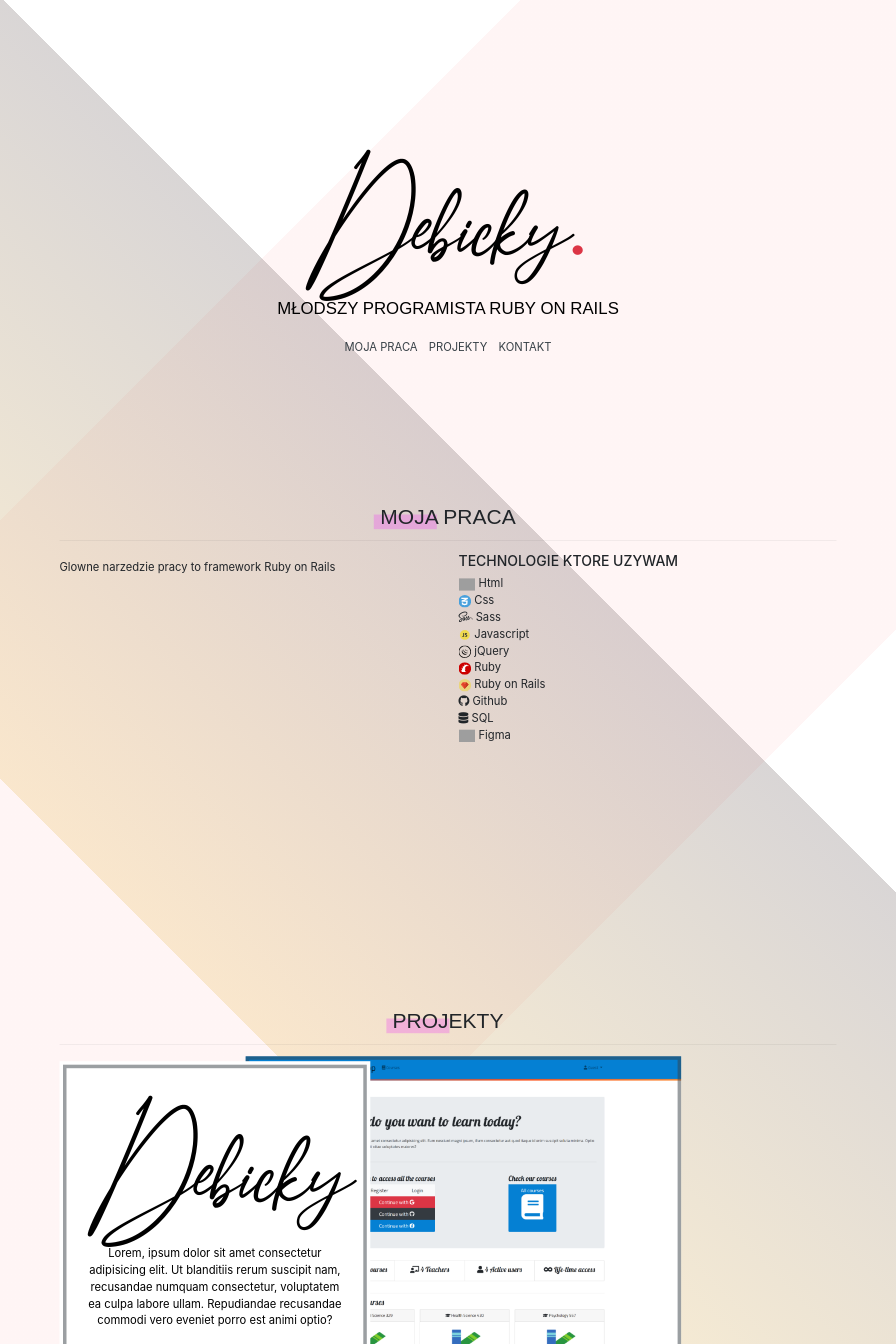
Repository: debicky/debicky.github.io
Page: index.html
These files come from the project's save history. The page is drawn as it stood at one moment and after the next save; the edit follows.
The browser window is 1280 px wide. The pictures show the part of the page from y = 0 to 1920 px (the page is 4035 px tall), at 70% of full size.
Pictures or frames that could not be fetched are drawn as grey boxes. Some web fonts or font styles are not loaded; a fallback is used. Some web libraries are served in a nearby version.

Above is the page before, as saved 2020-06-14 17:40:17.

### index.html
<!DOCTYPE html>
<html lang="en">
<head>
  <meta charset="UTF-8">
  <meta name="viewport" content="width=device-width, initial-scale=1.0">
  <title>Debicky</title>
  <link rel="stylesheet" href="https://stackpath.bootstrapcdn.com/bootstrap/4.5.0/css/bootstrap.min.css" integrity="sha384-9aIt2nRpC12Uk9gS9baDl411NQApFmC26EwAOH8WgZl5MYYxFfc+NcPb1dKGj7Sk" crossorigin="anonymous">
  <link rel="stylesheet" href="https://cdnjs.cloudflare.com/ajax/libs/font-awesome/5.11.2/css/all.min.css">
  <link rel="stylesheet" href="styles.css">
  <link rel="stylesheet" href="https://unpkg.com/aos@next/dist/aos.css" />

</head>
<body>


  <header>
    <div class="signature" data-aos="fade-in" data-aos-duration="2000">
      <h5 class="signature-heading ">Debicky<span class="text-danger font-weight-bolder">.</span></h5>
      <h3 class="signature-subheading">Młodszy Programista Ruby on Rails</h3>
    </div>

    <div class="container">
      <nav class="navbar navbar-expand-md p-0 rounded" data-aos="fade-in" data-aos-duration="3000">
        <button class="navbar-toggler" type="button" data-toggle="collapse" data-target="#navbarSupportedContent" aria-controls="navbarSupportedContent" aria-expanded="false" aria-label="Toggle navigation">
          <i class="fas fa-bars"></i>
          <i class="fas fa-times"></i>
        </button>

        <div class="collapse navbar-collapse d-md-flex justify-content-center" id="navbarSupportedContent">
          <ul class="navbar-nav">
            <li class="nav-item">
              <a class="nav-link" href="#about">moja praca</a>
            </li>
            <li class="nav-item">
              <a class="nav-link" href="#projects">Projekty</a>
            </li>
            <li class="nav-item">
              <a class="nav-link" href="#contact">Kontakt</a>
            </li>
          </ul>
        </div>
      </nav>
    </div>
  </header>

  <section class="about" id="about">
    <div class="container">
      <h1 class="text-center">moja praca</h1>
      <hr>

      <div class="row">
        <div class="col-12 col-md-6 col-lg-6 mb-5 mb-md-0">
          <h5>

          </h5>
            Glowne narzedzie pracy to framework Ruby on Rails
        </div>
        <div class="col-12 col-md-6 col-lg-6 mb-5 mb-md-0">
          <h5 class="text-uppercase">Technologie ktore uzywam</h5>
            <ul class="list-unstyled">
              <li>
                <img src="/images/icons/html.svg" alt=""> Html
              </li>
              <li>
                <img src="/images/icons/css.svg" alt=""> Css
              </li>
              <li>
                <i class="fab fa-sass"></i> Sass
              </li>
              <li>
                <img src="/images/icons/js.svg" alt=""> Javascript
              </li>
              <li>
                <img src="/images/icons/jquery.svg" alt=""> jQuery
              </li>
              <li>
                <img src="/images/icons/ror.svg" alt=""> Ruby
              </li>
              <li>
                <img src="/images/icons/ruby.svg" alt=""> Ruby on Rails
              </li>
              <li>
                <i class="fab fa-github"></i> Github
              </li>
              <li>
                <i class="fas fa-database"></i> SQL
              </li>
              <li>
                <img src="/images/icons/figma.svg" alt=""> Figma
              </li>

            </ul>
        </div>
        </div>
      </div>

    </div>
  </section>




  <section class="projects" id="projects">
    <div class="container">
      <h1 class="text-center">Projekty</h1>
      <hr>

      <div class="project-1">
        <div class="about-content">
          <div class="about-description">
            <div class="signature">
              <h5 class="signature-heading">Debicky</h5>
              <p>Lorem, ipsum dolor sit amet consectetur adipisicing elit. Ut blanditiis rerum suscipit nam, recusandae numquam consectetur, voluptatem ea culpa labore ullam. Repudiandae recusandae commodi vero eveniet porro est animi optio?</p>
            </div>
          </div>
          <div class="about-image">
            <a href="/images/1.jpeg">
              <img src="/images/course.png" alt="img1">
            </a>
          </div>
        </div>
      </div>
      <div class="project-1">
        <div class="about-content">
          <div class="about-description">
            <div class="signature">
              <h5 class="signature-heading">Debicky</h5>
              <p>Lorem, ipsum dolor sit amet consectetur adipisicing elit. Ut blanditiis rerum suscipit nam, recusandae numquam consectetur, voluptatem ea culpa labore ullam. Repudiandae recusandae commodi vero eveniet porro est animi optio?</p>
            </div>
          </div>
          <div class="about-image">
            <a href="/images/1.jpeg">
              <img src="/images/blog.png" alt="img1">
            </a>
          </div>
        </div>
      </div>
      <div class="project-1">
        <div class="about-content">
          <div class="about-description">
            <div class="signature">
              <h5 class="signature-heading">Debicky</h5>
              <p>Lorem, ipsum dolor sit amet consectetur adipisicing elit. Ut blanditiis rerum suscipit nam, recusandae numquam consectetur, voluptatem ea culpa labore ullam. Repudiandae recusandae commodi vero eveniet porro est animi optio?</p>
            </div>
          </div>
          <div class="about-image">
            <a href="/images/1.jpeg">
              <img src="/images/shop.png" alt="img1">
            </a>
          </div>
        </div>
      </div>

    </div>
  </section>

  <section class="contact" id="contact">
    <div class="container">
      <h1 class="text-center">Kontakt</h1>
      <hr>

      <div class="row">
        <div class="col-12 col-md-6 col-lg-6 mb-5 mb-md-0">
          <div class="jumbotron">
            Potrzebujesz wiecej informacji?
            Wyslij mi wiadomosc e-mail lub skontaktuj sie przez Messenger!
          </div>
        </div>
        <div class="col-12 col-md-6 col-lg-6 mb-5 mb-md-0">
          <div class="jumbotron">SECOND</div>
        </div>
      </div>
    </div>
  </section>


  <footer class="py-5">
    <div class="up" id="up">
      <i class="fas fa-chevron-up"></i>
    </div>
    <div class="container">
      <div class="row">
        <div class="col-12 col-md-5 col-lg-4 mb-5 mb-md-0">
          <div class="signature-footer">
            <h5 class="signature-footer-heading">Debicky<span class="text-danger font-weight-bolder">.</span></h5>
            <h3 class="signature-footer-subheading">Programista Ruby on Rails</h3>
          </div>
          <small class="d-block mt-2 text-muted">&copy; 2020</small>
        </div>
        <div class="col-12 col-md-5 col-lg-4 mb-5">
          <h5 class="text-uppercase">Media</h5>
            <ul class="list-unstyled mb-0">
              <li>
                <a href="https://www.facebook.com/artur.debicki.5" class="text-muted"><i class="fab fa-facebook"></i> Facebook</a>
              </li>
              <li>
                <a href="https://www.instagram.com/debicky" class="text-muted"><i class="fab fa-instagram"></i> Instagram</a>
              </li>
              <li>
                <a href="https://github.com/debicky" class="text-muted"><i class="fab fa-github"></i> Github</a>
              </li>
            </ul>
        </div>
        <div class="col-12 col-md-5 col-lg-4">
          <h5 class="text-uppercase">Kontakt</h5>
            <ul class="list-unstyled mb-0">
              <li>
                <a href="mailto:arturd444@gmail.com" class="text-muted"><i class="fas fa-envelope"></i> arturd444@gmail.com</a>
              </li>
              <li>
                <p class="text-muted"><i class="fa fa-phone"></i> +48 692 138 221</p>
              </li>
            </ul>
        </div>
      </div>
    </div>
  </footer>



  <script src="https://code.jquery.com/jquery-3.5.0.min.js" crossorigin="anonymous"></script>
  <script src="https://cdn.jsdelivr.net/npm/popper.js@1.16.0/dist/umd/popper.min.js" integrity="sha384-Q6E9RHvbIyZFJoft+2mJbHaEWldlvI9IOYy5n3zV9zzTtmI3UksdQRVvoxMfooAo" crossorigin="anonymous"></script>
  <script src="https://stackpath.bootstrapcdn.com/bootstrap/4.5.0/js/bootstrap.min.js" integrity="sha384-OgVRvuATP1z7JjHLkuOU7Xw704+h835Lr+6QL9UvYjZE3Ipu6Tp75j7Bh/kR0JKI" crossorigin="anonymous"></script>
  <script src="https://unpkg.com/aos@next/dist/aos.js"></script>
  <script src="script.js"></script>

</body>
</html>

### styles.css
@import url('https://fonts.googleapis.com/css?family=Playfair+Display+SC|Roboto:300,400&display=swap');

@font-face {
  font-family: "AmostelySignature";
  src: url("/fonts/AmostelySignature.ttf");
  }


* {
  margin: 0;
  padding: 0;
  box-sizing: border-box;
}

body {
  background-image: linear-gradient(45deg, transparent 0%, transparent 55%,rgba(238, 202, 125, 0.336) 55%, rgba(83, 67, 67, 0.219) 76%,transparent 76%, transparent 100%),linear-gradient(135deg, transparent 0%, transparent 14%,rgba(255,1,1, 0.04) 14%, rgba(255,1,1, 0.04) 41%,transparent 41%, transparent 100%),linear-gradient(45deg, transparent 0%, transparent 2%,rgba(255,1,1, 0.04) 2%, rgba(255,1,1, 0.04) 18%,transparent 18%, transparent 100%),linear-gradient(135deg, transparent 0%, transparent 61%,rgba(255,1,1, 0.04) 61%, rgba(255,1,1, 0.04) 71%,transparent 71%, transparent 100%),linear-gradient(90deg, rgb(255,255,255),rgb(255,255,255));
}

html {
  font-family: "Roboto", sans-serif;
}

a:hover {
  text-decoration: none;;
}

/* Heading */

header{
  height: 100vh;
  width: 100%;
  display: flex;
  flex-direction: column;
  align-items: center;
  justify-content: center;

}

.signature{
  color: black;
  text-align: center;
  user-select: none;
}

.signature-heading{
  font-family: 'AmostelySignature', cursive;
  font-size: 10rem;
  margin-bottom: 30px;
}

.signature-subheading{
  font-family: 'Playfair Display SC', sans-serif;
  font-size: 1.5rem;
  text-transform: uppercase;
  margin-bottom: 20px;
}

/* Navbar */

.navbar{
  background-color: #384147;
}

.navbar-toggler i{
  color: #fff;
  font-size: 1.2rem;
}

.navbar-toggler .fa-times{
  display: none;
}

.navbar-toggler.menu-open  .fa-bars{
  display: none;
}

.navbar-toggler.menu-open  .fa-times{
  display: block;
}

.navbar-nav{
  padding: 20px;
}

.nav-link{
  color: #fff;
  text-transform: uppercase;
  transition: opacity .5s;
  font-size: 1rem;
}

.nav-link:hover{
  color: maroon;
}

/* About */

.about{
  height: 100vh;
}

.about h1 {
  position: relative;
  z-index: 1;
}

.about h1::before {
  content: ' ';
  position: absolute;
  width: 3em;
  background: #ec52ec57;
  height: .7em;
  bottom: 0;
  z-index: -1;
  margin-left: -.3em;
}

.about img{
height: 18px;
}

.about-description{
  width: 100%;
  background-color: #fff;
  padding: 40px;
  outline: 5px solid rgba(56, 65, 71, 0.5);
  outline-offset: -5px;
  order: 1;
  margin-top: 5px;
}

.about-image{
  order: 2;
}

.about-image img{
  outline: 5px solid rgba(56, 65, 71, 0.5);
  outline-offset: -5px;
  width: 100%;
  height: auto;
  display: block;
}

.about-image a::after{
  font-family: 'Font Awesome 5 Free';
  content: "\f35d";
  font-weight: 600;
  position: absolute;
  top: 50%;
  left: 50%;
  transform: translate(-50%, -50%);
  color: maroon;
  font-size: 25px;
  z-index: 101;
  width: 70px;
  height: 70px;
  border: 3px solid maroon;
  border-radius: 100%;
  display: flex;
  align-items: center;
  justify-content: center;
  opacity: 0;
  transition: opacity .5s;
}

.about-image a:hover::after{
  opacity: .7;
}

/* section headers */

section h1{
  font-family: 'Playfair Display SC', sans-serif;
  font-size: 30px;
  text-transform: uppercase;
  position: relative;
  z-index: 1;
}

section h1::before {
  content: ' ';
  position: absolute;
  width: 3em;
  background: #ec52ec57;
  height: .7em;
  bottom: 0;
  z-index: -1;
  margin-left: -.3em;
}
/* Projects */



.project-1{
  margin-bottom: 10rem;
}








/* Contact */

.contact{
  height: 100vh;
}

.contact h1 {
  position: relative;
  z-index: 1;
}

.contact h1::before {
  content: ' ';
  position: absolute;
  width: 3em;
  background: #ec52ec57;
  height: .7em;
  bottom: 0;
  z-index: -1;
  margin-left: -.3em;
}


.jumbotron{
  width: 100%;
  display: flex;
  align-items: center;
  justify-content: center;
}

/* Footer */


footer {
  background-color: #151515;
  color: #fff;
}

.signature-footer{
  user-select: none;
}

.signature-footer-heading{
  font-family: 'AmostelySignature', cursive;
  font-size: 50px;
  margin-bottom: 30px;
  color: #fff;
}

.signature-footer-subheading{
  font-family: 'Playfair Display SC', sans-serif;
  font-size: 12px;
  text-transform: uppercase;
  color: #fff;
}

footer h5{
  font-family: 'Playfair Display SC', sans-serif;

}


a.text-muted:hover{
  color: maroon !important;
}

.up{
  position: absolute;
  width: 5rem;
  height: 5rem;
  background-color: #fff;
  right: 3rem;
  border-radius: 100%;
  display: flex;
  animation: pulse 2.5s infinite;
  cursor: pointer;
  z-index: 1;
}

.up i{
  color: #151515;
  font-size: 2rem;
  margin: auto;
}

@keyframes pulse {
  0%{
    box-shadow: 0 0 0 0 rgba(238, 132, 125, 0.99);
  }
  70%{
    box-shadow: 0 0 0 2rem rgba(238, 202, 125, 0);

  }
  100%{
    box-shadow: 0 0 0 0 rgba(238, 202, 125, 0);

  }
}

/* Responsive */

@media screen and (min-width: 768px) {
  .navbar{
    background-color: transparent;
  }
  .navbar-nav{
    padding: 0;
  }
  .nav-link{
    color: #384147;
  }

  nav:hover .nav-link:not(:hover){
    opacity: .5;
  }

  .about-content{
    position: relative;
    display: block;
  }

  .about-description{
    position: absolute;
    top: 80%;
    transform: translateY(-50%);
    width: 60%;
    outline-offset: -10px;
  }

  .about-image img{
    width: 70%;
    margin-left: auto;
  }

}

@media screen and (min-width: 1200px) {
  .about-description{
    top: 50%;
    width: 40%;
  }

  .about-image{
    width: 80%;
  }

  .contact{
    height: 70vh;
  }

  footer{
    height: 30vh;
  }

}

### script.js
$(document).ready(function () {

  AOS.init();


  $('.navbar-toggler').on('click', function () {
    $(this).toggleClass('menu-open');
  })

  $('.navbar .nav-link').on('click', function () {
    $('.navbar-collapse').toggleClass('show')
    $('.navbar-toggler').removeClass('menu-open')
  });

  $('nav a[href*="#').on('click', function () {
    $('html, body').animate({
      scrollTop: $($(this).attr('href')).offset().top
    }, 900);
  });

  $('#up').on('click', function () {
    $('html, body').animate({
      scrollTop: 0
    }, 900);
  });






})

After the next save:
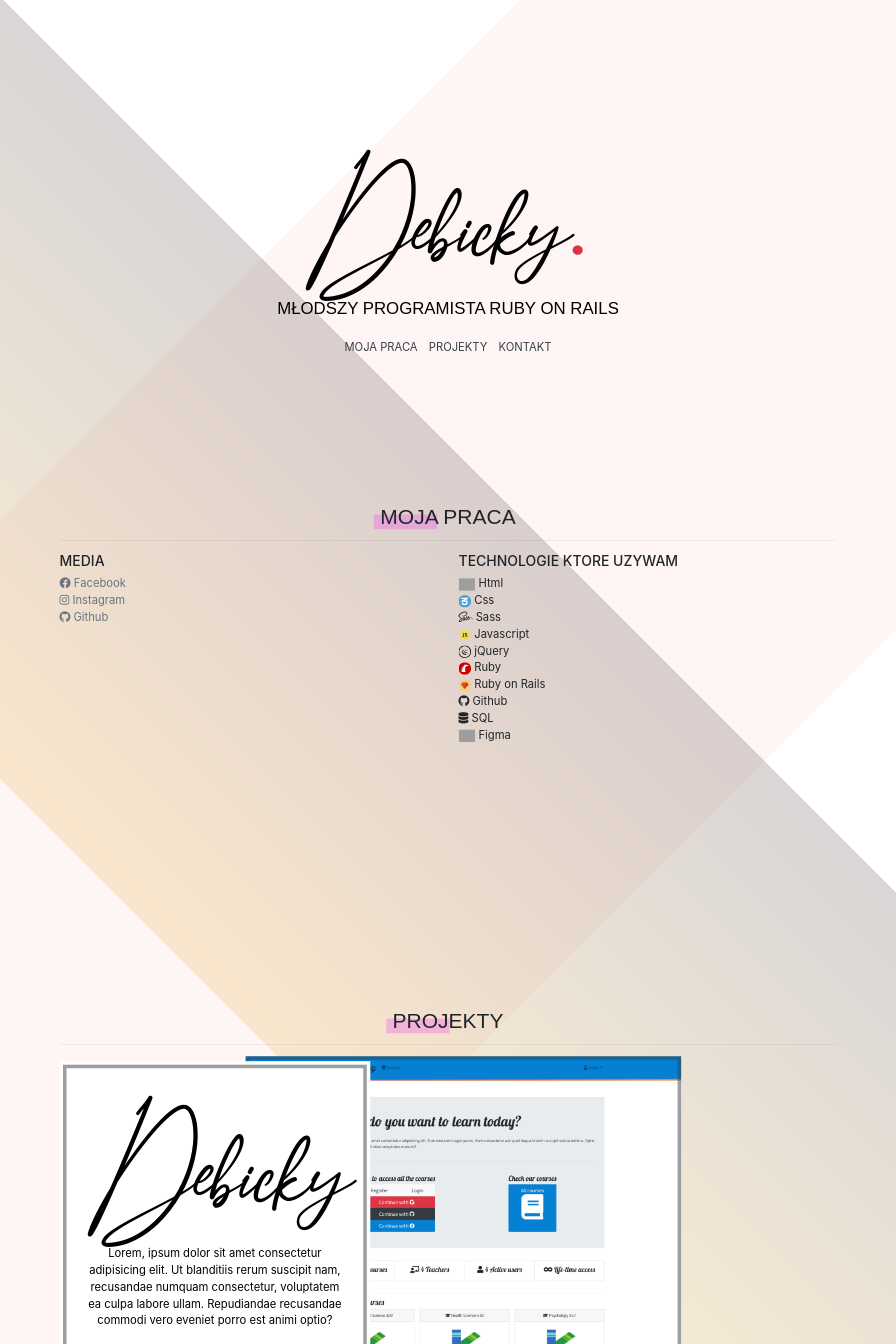
Saved 59 s later.
--- a/index.html
+++ b/index.html
@@ -50,10 +50,18 @@
 
       <div class="row">
         <div class="col-12 col-md-6 col-lg-6 mb-5 mb-md-0">
-          <h5>
-
-          </h5>
-            Glowne narzedzie pracy to framework Ruby on Rails
+          <h5 class="text-uppercase">Media</h5>
+          <ul class="list-unstyled mb-0">
+            <li>
+              <a href="https://www.facebook.com/artur.debicki.5" class="text-muted"><i class="fab fa-facebook"></i> Facebook</a>
+            </li>
+            <li>
+              <a href="https://www.instagram.com/debicky" class="text-muted"><i class="fab fa-instagram"></i> Instagram</a>
+            </li>
+            <li>
+              <a href="https://github.com/debicky" class="text-muted"><i class="fab fa-github"></i> Github</a>
+            </li>
+          </ul>
         </div>
         <div class="col-12 col-md-6 col-lg-6 mb-5 mb-md-0">
           <h5 class="text-uppercase">Technologie ktore uzywam</h5>
